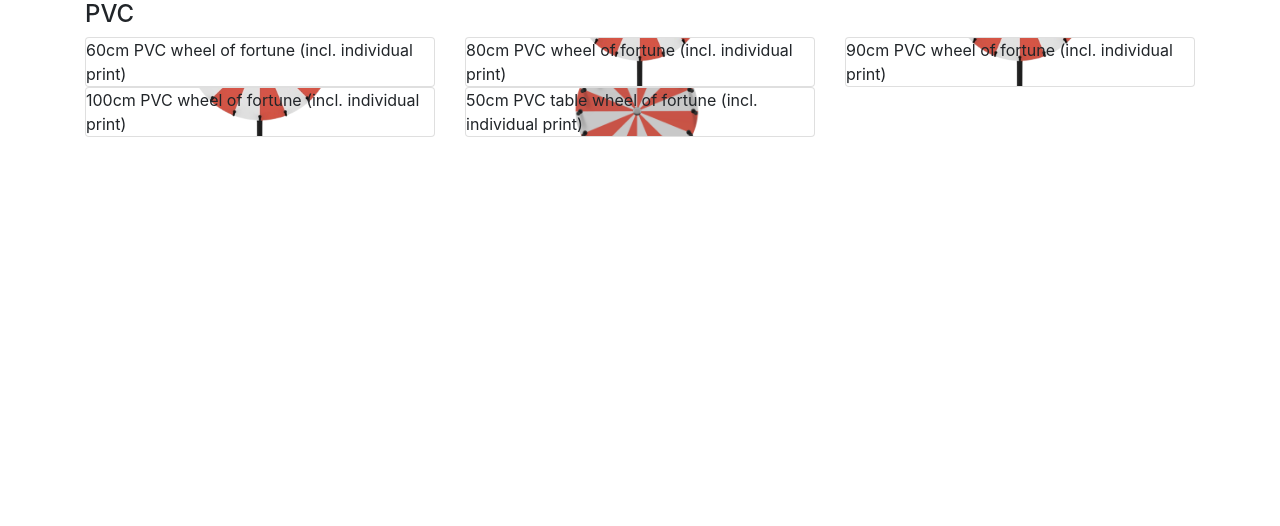
Repository: Awaisp-irfan/fahad-project
Page: pvc.html
The author's editor kept a copy of each file at every save. The page is drawn from the files as they stood at one save, then again after the next save.
The browser window is 1280 px wide. The pictures show the whole page.

Above is the page before, as saved 2022-06-30 09:00:04.

### pvc.html
<!DOCTYPE html>
<html lang="en">
<head>
    <meta charset="UTF-8">
    <meta http-equiv="X-UA-Compatible" content="IE=edge">
    <meta name="viewport" content="width=device-width, initial-scale=1.0">
    <link
    rel="stylesheet"
    href="https://cdn.jsdelivr.net/npm/bootstrap@4.6.1/dist/css/bootstrap.min.css"
    integrity="sha384-zCbKRCUGaJDkqS1kPbPd7TveP5iyJE0EjAuZQTgFLD2ylzuqKfdKlfG/eSrtxUkn"
    crossorigin="anonymous"
  />

  <link rel="stylesheet" href="./style.css" />
    <title>Document</title>
</head>
<body>
    <div class="container">
        <div class="row">
            <div class="col-lg-12">
                <h4 class="heading">PVC</h4>
            </div>
        </div>

        <div class="row">
            <div class="col-lg-4">
                <div class="card ">
                    <div class="div-img">
                        <div class="cm60-img">

                        </div>
                    </div>
                    <div class="cm60-content">
                        60cm PVC wheel of fortune (incl. individual print)
                    </div>
                </div>
            </div>
            <div class="col-lg-4">
                <div class="card img-div">
                    <div class="cm80">80cm PVC wheel of fortune (incl. individual print)</div>
                </div>
            </div>
            <div class="col-lg-4">
                <div class="card img-div">
                    <div class="cm90">90cm PVC wheel of fortune (incl. individual print)</div>
                </div>
            </div>
            <div class="col-lg-4">
                <div class="card img-div">
                    <div class="cm100">100cm PVC wheel of fortune (incl. individual print)</div>
                </div>
            </div>
            <div class="col-lg-4">
                <div class="card img-div">
                    <div class="cm50">50cm PVC table wheel of fortune (incl. individual print)</div>
                </div>
            </div>
        </div>
    </div>
</body>
</html>

### style.css
.pvc{
    background-image: url(./assests/2289977149.jpg);
    background-size: cover;
    background-position: center;
    background-repeat: no-repeat;
    height: 100%;
    border-radius: 20px;
}

.col-lg-4>a > .img-div{
    height: 400px;
    border-radius: 20px;
}
.card>.img-div{
    height: 350px;

    background-color: rgb(248, 248, 248);
}
.wooden{
    background-image: url(./assests/wooden.jpg);
    background-size: cover;
    background-position: center;
    background-repeat: no-repeat;
    height: 100%;
    border-radius: 20px;
}

.display{
    background-image: url(./assests/display.jpg);
    background-size: cover;
    background-position: center;
    background-repeat: no-repeat;
    height: 100%;
    border-radius: 20px;
}
.cm60-img{
    background: url(./assests/60cm_PVC-removebg-preview.png);

    background-size: cover;
    background-position: center;
    background-repeat: no-repeat;
    height: 100%;
    border-radius: 20px;
}

.cm80{
    background: url(./assests/80cm_PVC-removebg-preview.png);

    background-size: cover;
    background-position: center;
    background-repeat: no-repeat;
    height: 100%;
    border-radius: 20px;
}

.cm90{
    background: url(./assests/90cm_PVC-removebg-preview.png);

    background-size: cover;
    background-position: center;
    background-repeat: no-repeat;
    height: 100%;
    border-radius: 20px;
}
.cm100{
    background: url(./assests/100cm_PVC-removebg-preview.png);

    background-size: cover;
    background-position: center;
    background-repeat: no-repeat;
    height: 100%;
    border-radius: 20px;
}

.cm50{
    background: url(./assests//50cm\ PVC.png);

    background-size: cover;
    background-position: center;
    background-repeat: no-repeat;
    height: 100%;
    border-radius: 20px;
}

After the next save:
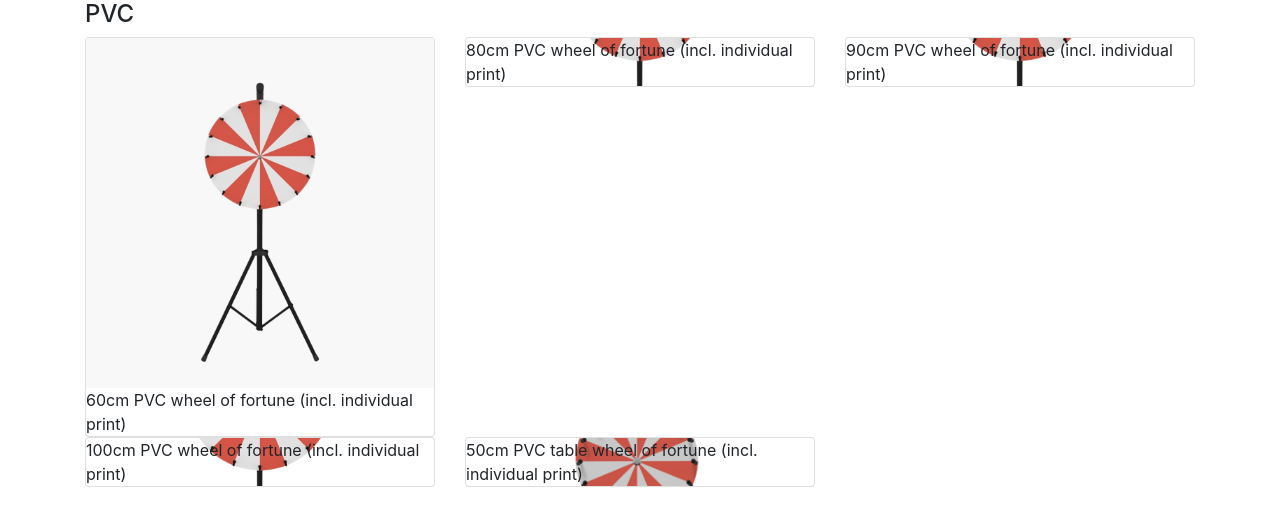
Saved 30 s later.
--- a/pvc.html
+++ b/pvc.html
@@ -25,7 +25,7 @@
         <div class="row">
             <div class="col-lg-4">
                 <div class="card ">
-                    <div class="div-img">
+                    <div class="img-div">
                         <div class="cm60-img">
 
                         </div>
